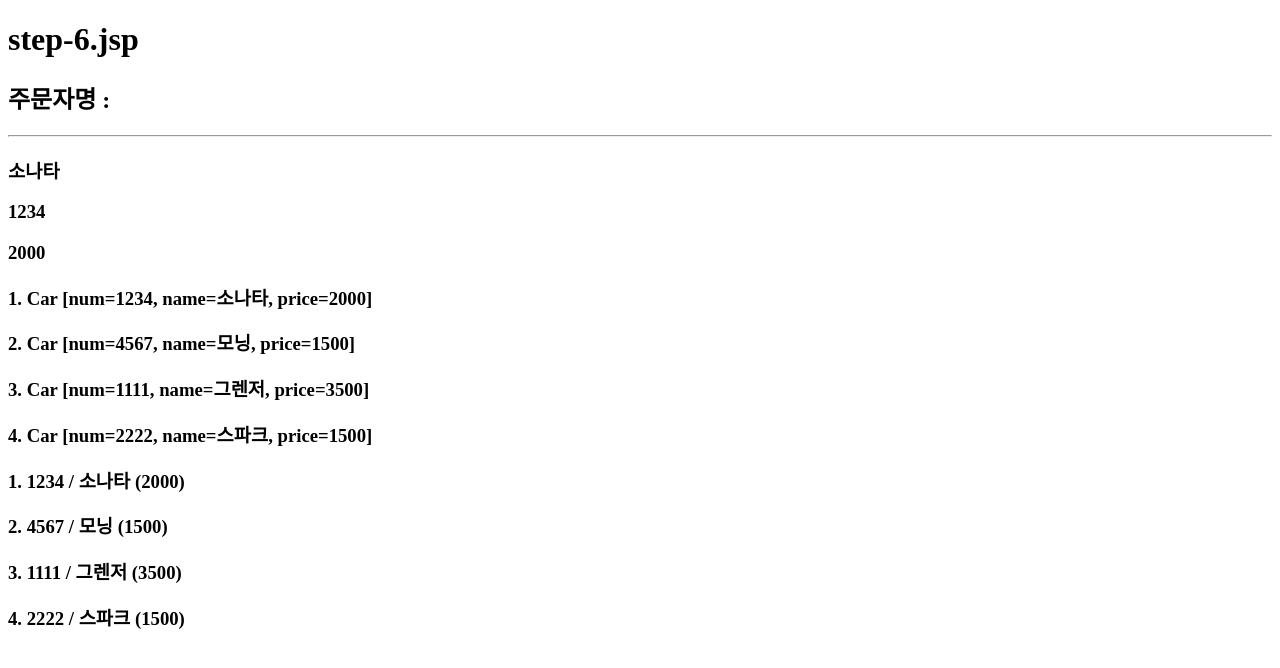
Repository: dtkd19/jsp-jstl_241021
Page: http://localhost/jstl_study/step-6.jsp
The author's editor kept a copy of each file at every save. The page is drawn from the files as they stood at one save, then again after the next save.
The browser window is 1280 px wide. The pictures show the whole page.
The page is served by Tomcat 9. Other server files are loaded and not shown.

Above is the page before, as saved 2024-10-21 06:57:45.

### jstl_study/src/main/webapp/step-6.jsp
<%@ page language="java" contentType="text/html; charset=UTF-8"
    pageEncoding="UTF-8"%>
    <%@ page import="jstl_study.Car" %>
    <%@ page import="java.util.ArrayList" %>
    <%@ taglib uri="http://java.sun.com/jsp/jstl/core" prefix="c"%>
<!DOCTYPE html>
<html>
<head>
<meta charset="UTF-8">
<title>Insert title here</title>
</head>
<body>
	<h1>step-6.jsp</h1>

	<h2>주문자명 : ${param.customer }</h2>
	<c:forEach items="${paramValues.menu }" var="m" varStatus="i">
	<h3> ${i.count }. ${m }</h3>
	</c:forEach>

	<hr>

	<%
	Car car = new Car("1234","소나타",2000);
	request.setAttribute("car", car);

	%>
	<!-- car 객체를 출력 -->
	<h3>${requestScope.car.name }</h3>
	<h3>${car.num }</h3>
	<h3>${car.price }</h3>

	<%
	ArrayList<Car> list = new ArrayList<>();
	list.add(car);
	list.add(new Car("4567","모닝",1500));
	list.add(new Car("1111","그렌저",3500));
	list.add(new Car("2222","스파크",1500));
	// request.setAttribute("list", list);
	// session 객체는 다른 jsp에서도 사용 가능
	session.setAttribute("list", list);
	%>


	<c:forEach items="${list }" var="c" varStatus="i">
	<h3>${i.count }. ${c }</h3>
	</c:forEach>

	<c:forEach items="${list }" var="c" varStatus="i">
	<h3>${i.count }. ${c.num} / ${c.name } (${c.price})</h3>
	</c:forEach>




</body>
</html>

### jstl_study/src/main/java/jstl_study/Car.java
package jstl_study;


public class Car {
// num / name / price
	private String num;
	private String name;
	private int price;

	public Car() {}
	public Car(String num, String name, int price) {
		this.num = num;
		this.name = name;
		this.price = price;
	}
	public String getNum() {
		return num;
	}
	public void setNum(String num) {
		this.num = num;
	}
	public String getName() {
		return name;
	}
	public void setName(String name) {
		this.name = name;
	}
	public int getPrice() {
		return price;
	}
	public void setPrice(int price) {
		this.price = price;
	}

	@Override
	public String toString() {
		return "Car [num=" + num + ", name=" + name + ", price=" + price + "]";
	}



}

After the next save:
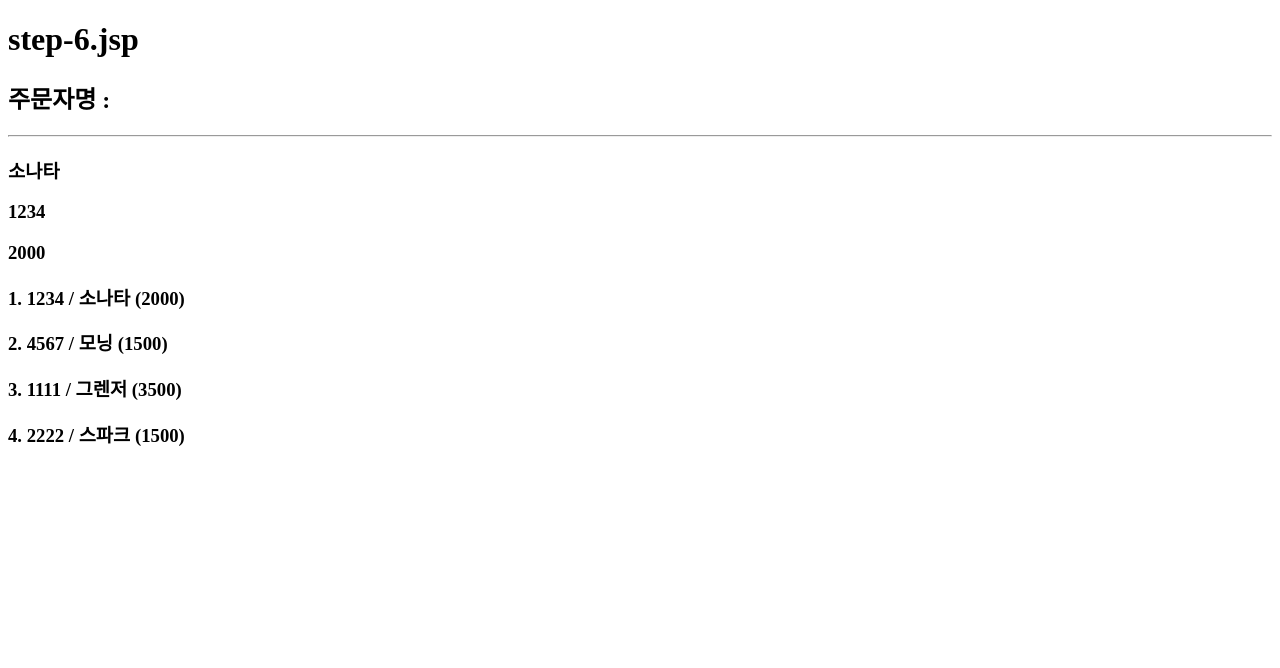
Saved 26 s later.
--- a/jstl_study/src/main/webapp/step-6.jsp
+++ b/jstl_study/src/main/webapp/step-6.jsp
@@ -41,7 +41,7 @@
 	%>
 
 
-	<c:forEach items="${list }" var="c" varStatus="i">
+	<c:forEach items="${requestScope.list }" var="c" varStatus="i">
 	<h3>${i.count }. ${c }</h3>
 	</c:forEach>
 

After the save that followed:
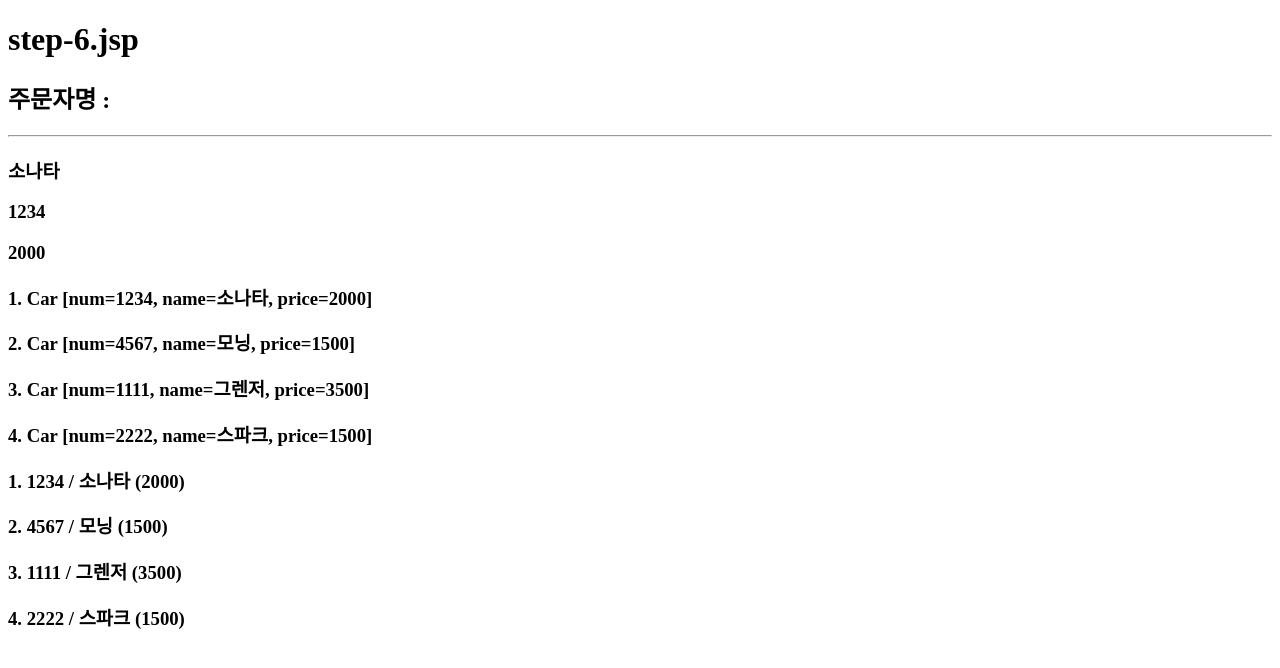
Saved 5 s later.
--- a/jstl_study/src/main/webapp/step-6.jsp
+++ b/jstl_study/src/main/webapp/step-6.jsp
@@ -41,7 +41,7 @@
 	%>
 
 
-	<c:forEach items="${requestScope.list }" var="c" varStatus="i">
+	<c:forEach items="${list }" var="c" varStatus="i">
 	<h3>${i.count }. ${c }</h3>
 	</c:forEach>
 
